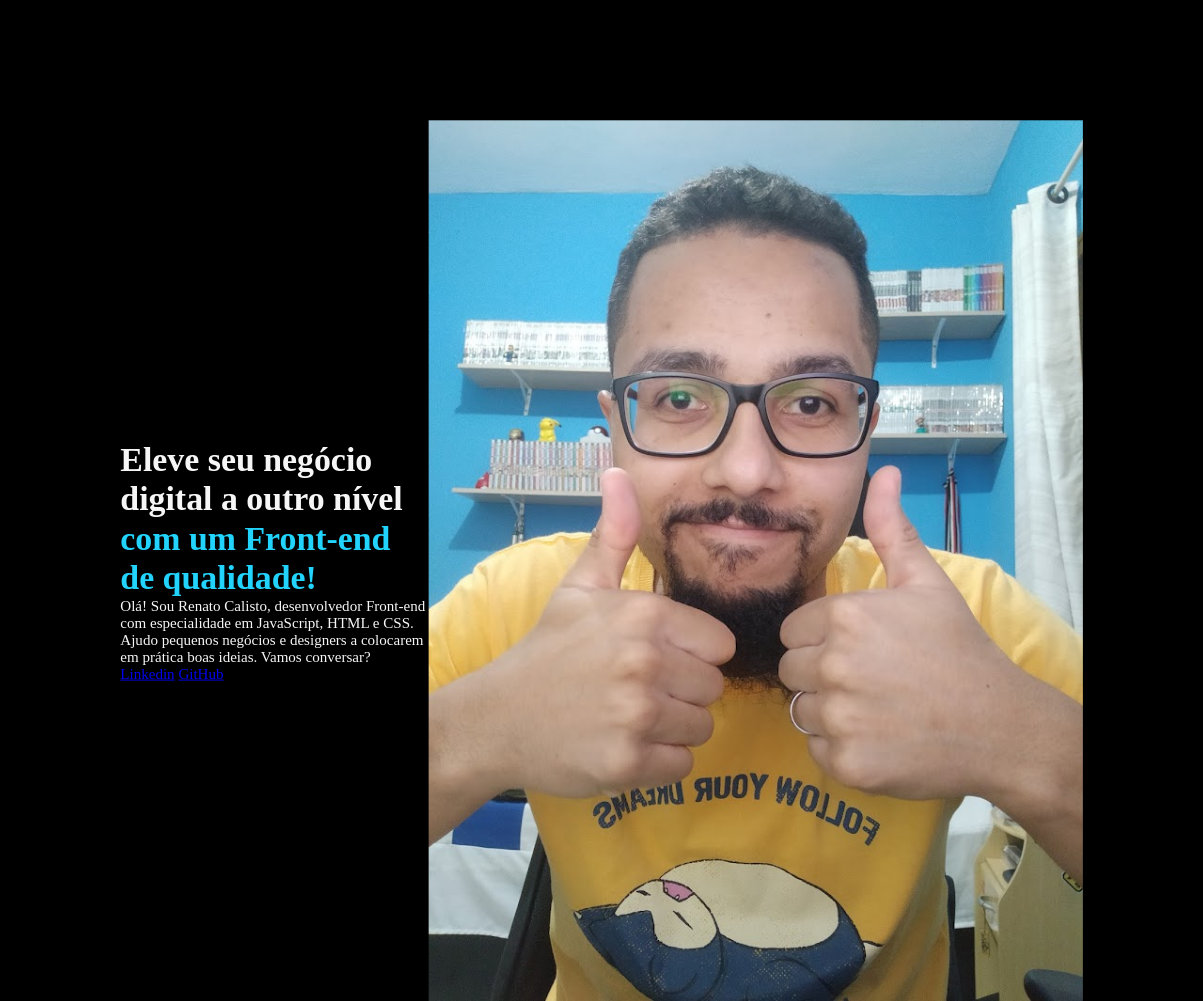
Repository: RenatoCCS/Portfolio_Alura
Page: index.html
These files come from the project's save history. The page is drawn as it stood at one moment and after the next save; the edit follows.
The browser window is 1280 px wide. The pictures show the whole page, at 94% of full size.

Above is the page before, as saved 2023-02-24 22:02:48.

After the next save:
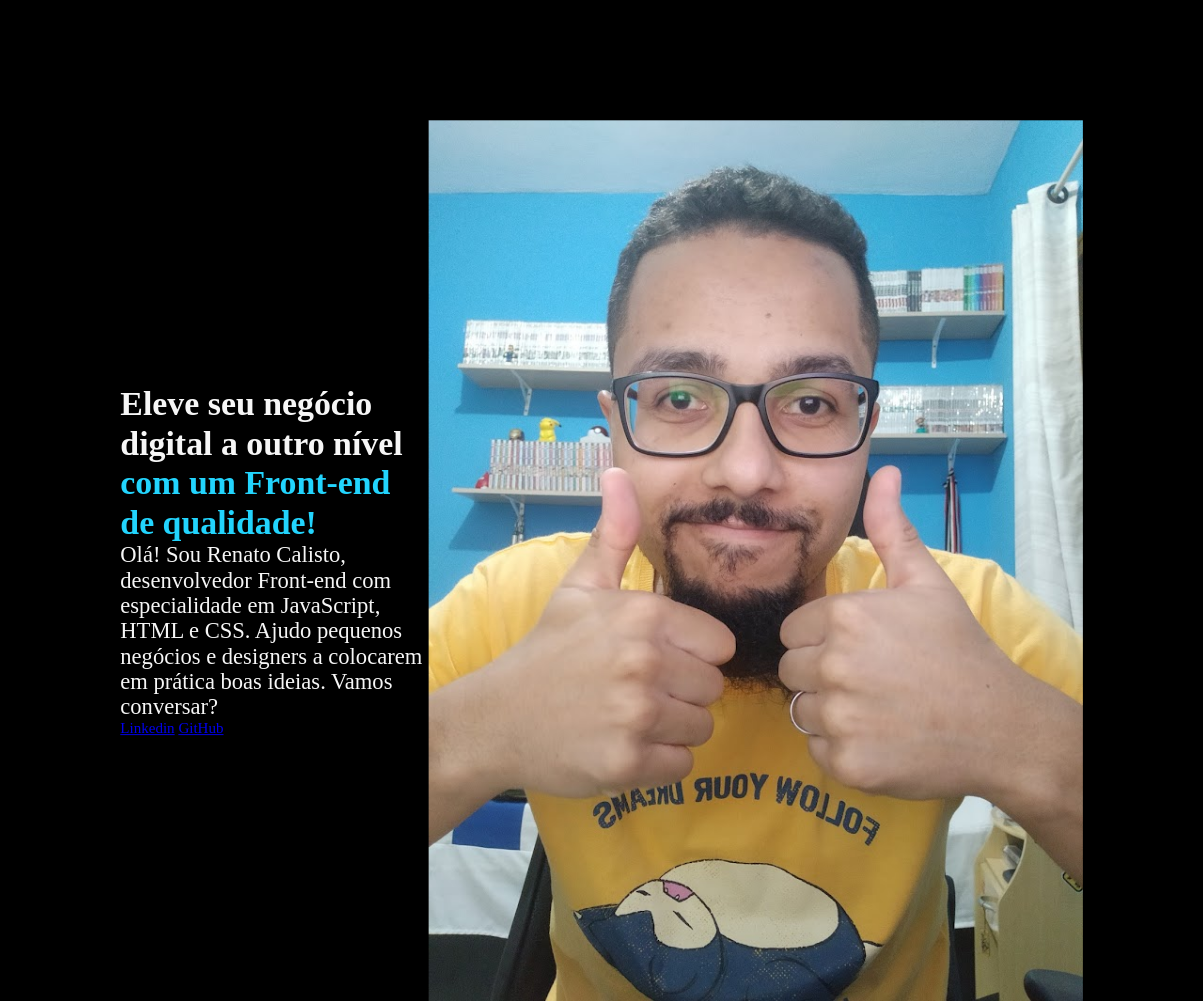
Saved 28 s later.
--- a/index.html
+++ b/index.html
@@ -17,7 +17,7 @@
             com um Front-end de qualidade!
           </strong>
         </h1>
-        <p apresentacao__conteudo__texto>
+        <p class="apresentacao__conteudo__texto">
           Olá! Sou Renato Calisto, desenvolvedor Front-end com especialidade em
           JavaScript, HTML e CSS. Ajudo pequenos negócios e designers a
           colocarem em prática boas ideias. Vamos conversar?
